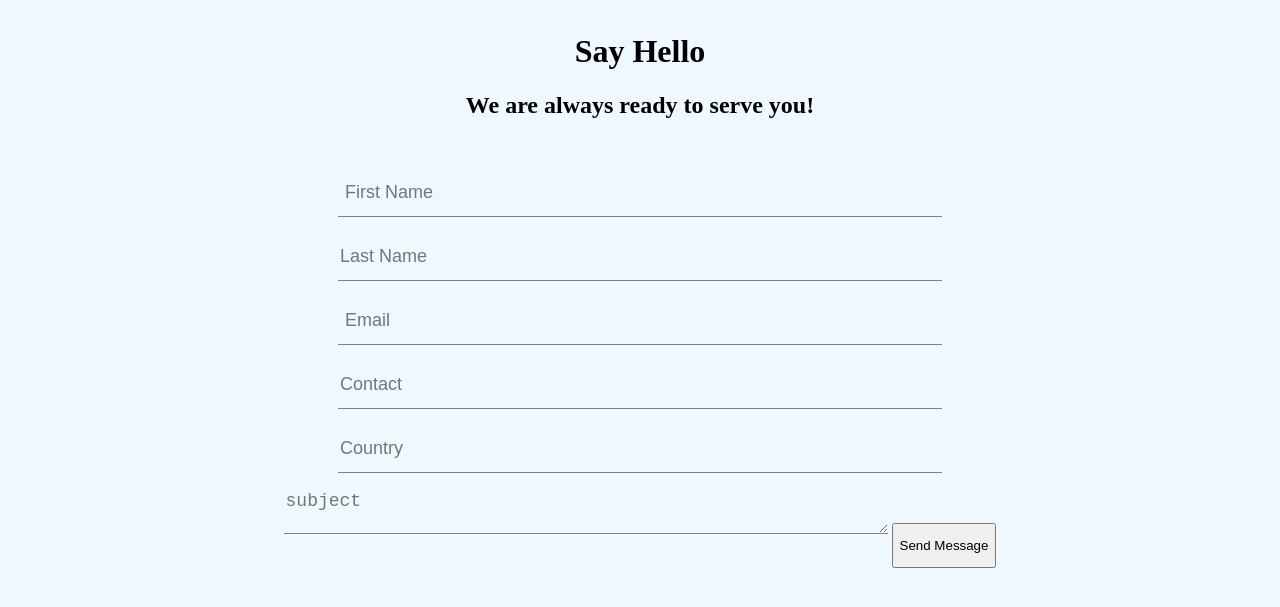
Repository: Owusuharriet/HW1-HAMAH.index.html
Page: index.htm
The author's editor kept a copy of each file at every save. The page is drawn from the files as they stood at one save, then again after the next save.
The browser window is 1280 px wide. The pictures show the whole page.

Above is the page before, as saved 2020-08-03 23:19:54.

### index.htm
<!DOCTYPE html>
<html lang="en">
<head>
    <meta charset="UTF-8">
    <meta name="viewport" content="width=device-width, initial-scale=1.0">
    <link rel="stylesheet" href="./style.css">
    <title>Contact Form</title>
</head>
<body>
    <div class="contact-title">
        <h1>Say Hello</h1>
        <h2>We are always ready to serve you!</h2>
    </div>

    <form class="contact-form">
        <from id="contact-form" method="post" action="">
        <input name="name" type="text" class="form-control" placeholder=" First Name" required>
        <br>
        <input name="name" type="text" class="form-control" placeholder="Last Name" required>
        <br>
        <input name="emial" type="email" class="form-control" placeholder=" Email"required>
        <br>
        <input name="contact" type="contact" class="form-control" placeholder="Contact" required>
        <br>
        <input name="Country" type="country" class="form-control" placeholder="Country" required>
        <br>
        <textarea name="subject" type="subject" class="form-control" placeholder="subject" required></textarea>

        <input type="submit" class="form-center submit" value="Send Message">
    </form>


    </div>


</body>
</html>

### style.css
body{
    margin: 6px;
    padding: 6px;
    text-align: center;
    background-color:aliceblue;

    background-size: cover;
    background-position: center;

}
.content-title{
    margin-top: 100px;
    color: rgb(43, 36, 36);
    text-transform: uppercase;
    transition: all 2 ease-in-out;

}
.content-title h1{
    font-size: 32px;
    line-height: 10px;
}

.content-title h2{
    font-size: 10px;
}

form{
    margin-top: 50px;
    transition: all;
}

.form-control{
    width: 600px;
    background: transparent;
    border: none;
    outline: none;
    border-bottom: 1px solid gray;
    color:#ffffff;
    font-size: 18px;
    margin-bottom: 16px;
}

input{
    height: 45px;

}

form.submit{
    background: green;
    border-color: honeydew;
}

After the next save:
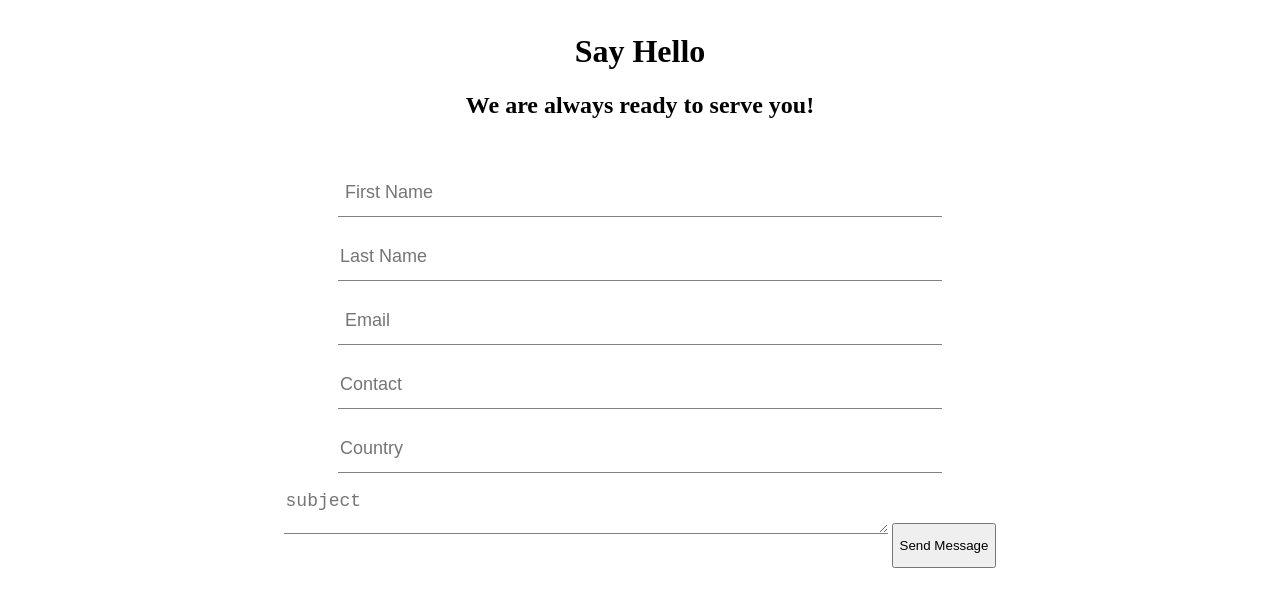
Saved 7 s later.
--- a/style.css
+++ b/style.css
@@ -2,7 +2,7 @@ body{
     margin: 6px;
     padding: 6px;
     text-align: center;
-    background-color:aliceblue;
+    background-color:;
 
     background-size: cover;
     background-position: center;
